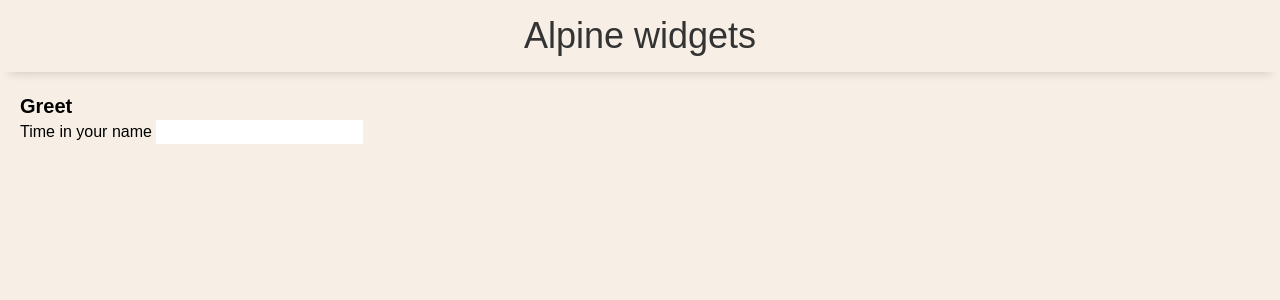
Repository: lasity34/alpine-bootcamp-widgets
Page: index.html
These files come from the project's save history. The page is drawn as it stood at one moment and after the next save; the edit follows.
The browser window is 1280 px wide. The pictures show the whole page.
Some web fonts or font styles are not loaded; a fallback is used. Some web libraries are served in a nearby version.

Above is the page before, as saved 2023-07-12 11:04:03.

After the next save:
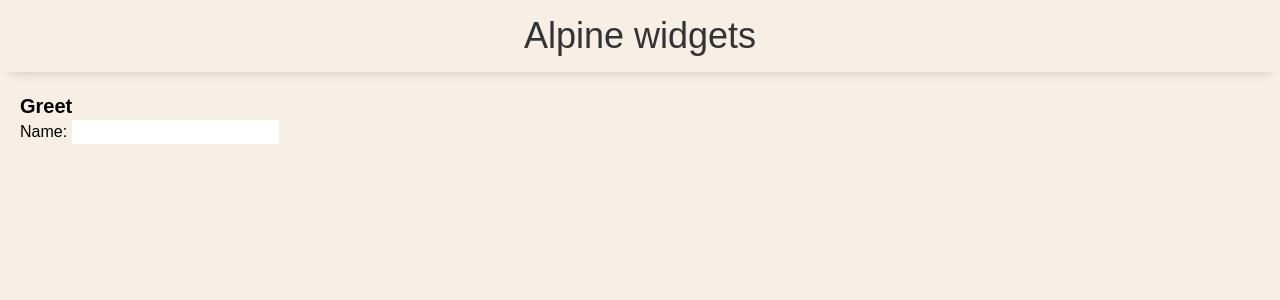
Saved 4 min 51 s later.
--- a/index.html
+++ b/index.html
@@ -20,8 +20,8 @@
       <section class="p-5" x-data="greet">
         <h2 class="text-xl font-bold">Greet</h2>
         <div>
-          <label>Time in your name</label>
-          <input type="text" />
+          <label>Name:</label>
+          <input type="text" x-model="name" />
 
         </div>
       </section>
